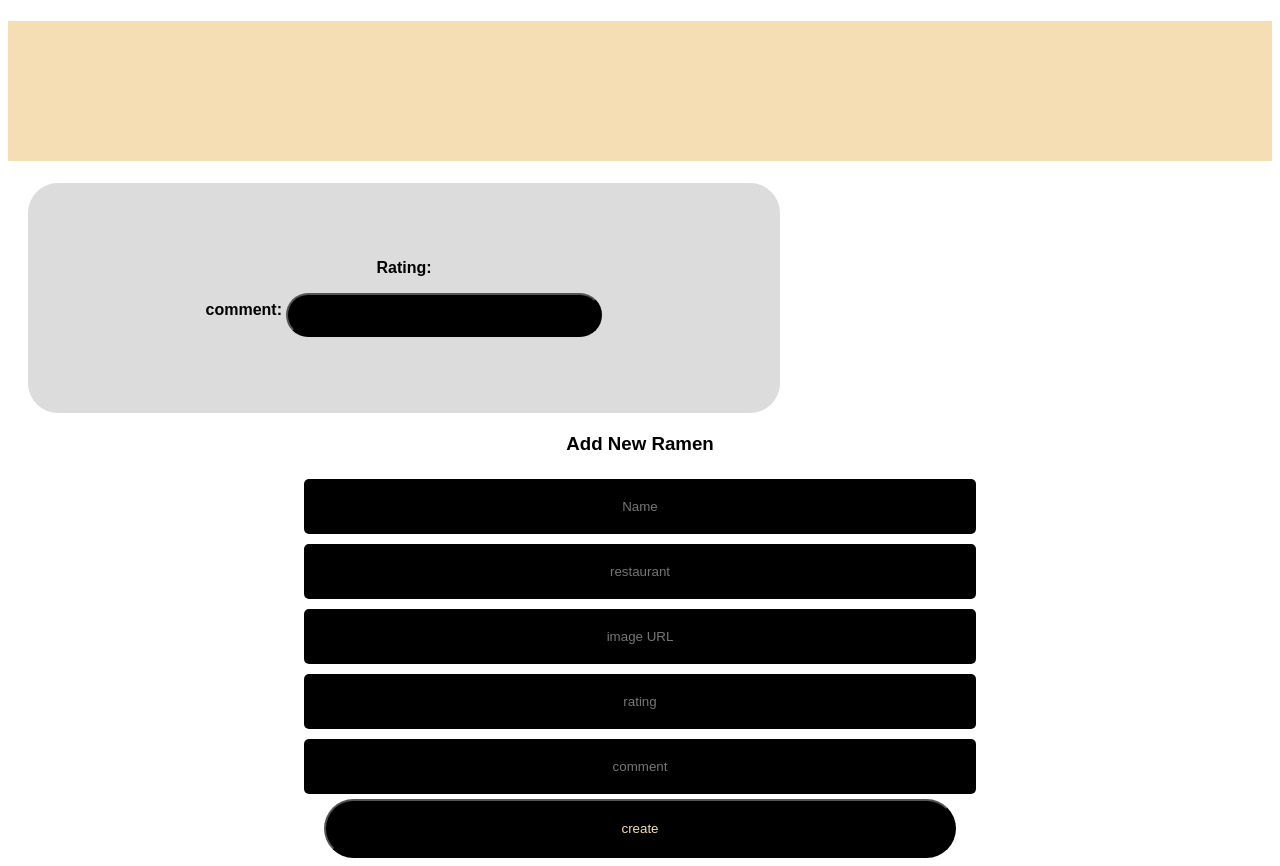
Repository: travinne/travthegr88
Page: code/ramen-rating-app/index.html
These files come from the project's save history. The page is drawn as it stood at one moment and after the next save; the edit follows.
The browser window is 1280 px wide. The pictures show the whole page.

Above is the page before, as saved 2025-03-18 13:21:18.

### code/ramen-rating-app/index.html
<!DOCTYPE html>
<html lang="en">
<head>
    <meta charset="UTF-8">
    <meta name="viewport" content="width=device-width, initial-scale=1.0">
    <title>Document</title>
    <link rel="stylesheet" href="style.css">
    <script src="js/index.js" defer></script>
</head>
<body>

        <h1 id="title"></h1>
       <div id="main">
        <div id="myImg">
        </div>
        <div >
            <form id="edit-ramen-form">
            <p><strong>Rating:</strong><span id="update Rating"min ="1" max ="5">
            <p><strong>comment:</strong><span id="update comment">
            <button id="delete-ramen"></delete button>
        </div>
        <div>
        <form id="new-ramen-form">
        <h3>Add New Ramen</h3>
        <input type="text" name="name" placeholder="Name"required>
        <input type="text" name="restaurant" placeholder="restaurant"required>
        <input type="url" name="image" placeholder="image URL"required>
        <input type="text" name="rating" placeholder="rating">
        <input type="text" name="comment" placeholder="comment">
        <button type="submit">create</button>
        </form>
        </div>
       </div>
</body>
</html>

### code/ramen-rating-app/style.css
* {
   font-family: Arial, sans-serif;
   text-align: center;


}

h1 {
   background:wheat;
   color:black;
   padding: 70px;
}

#ramen-menu {
   display: flex;
   justify-content: baseline;
   gap: 15px;
   padding: 10px;
   border-bottom: 2px ;

}

#ramen-image{
    height:200px;
    width: 200px;
}

form {
       background:gainsboro;
       padding: 60px;
       width: 50%;
       margin: 20px ;
       border-radius: 30px;

   }

input {
       width: 50%;
       padding: 20px;
       margin: 5px;
       border: 5px; ;
       border-radius: 5px;
       background-color: black;




      }

button {
          background-color:black;
          color: wheat;
          padding: 20px;
          cursor: pointer;
          border-radius: 30px;
          width: 50%;
}

button:hover {
          background-color:orangered;
      }

Loaded but not shown: code/ramen-rating-app/Js/index.js (no copy from this time; the picture is the same without it)

After the next save:
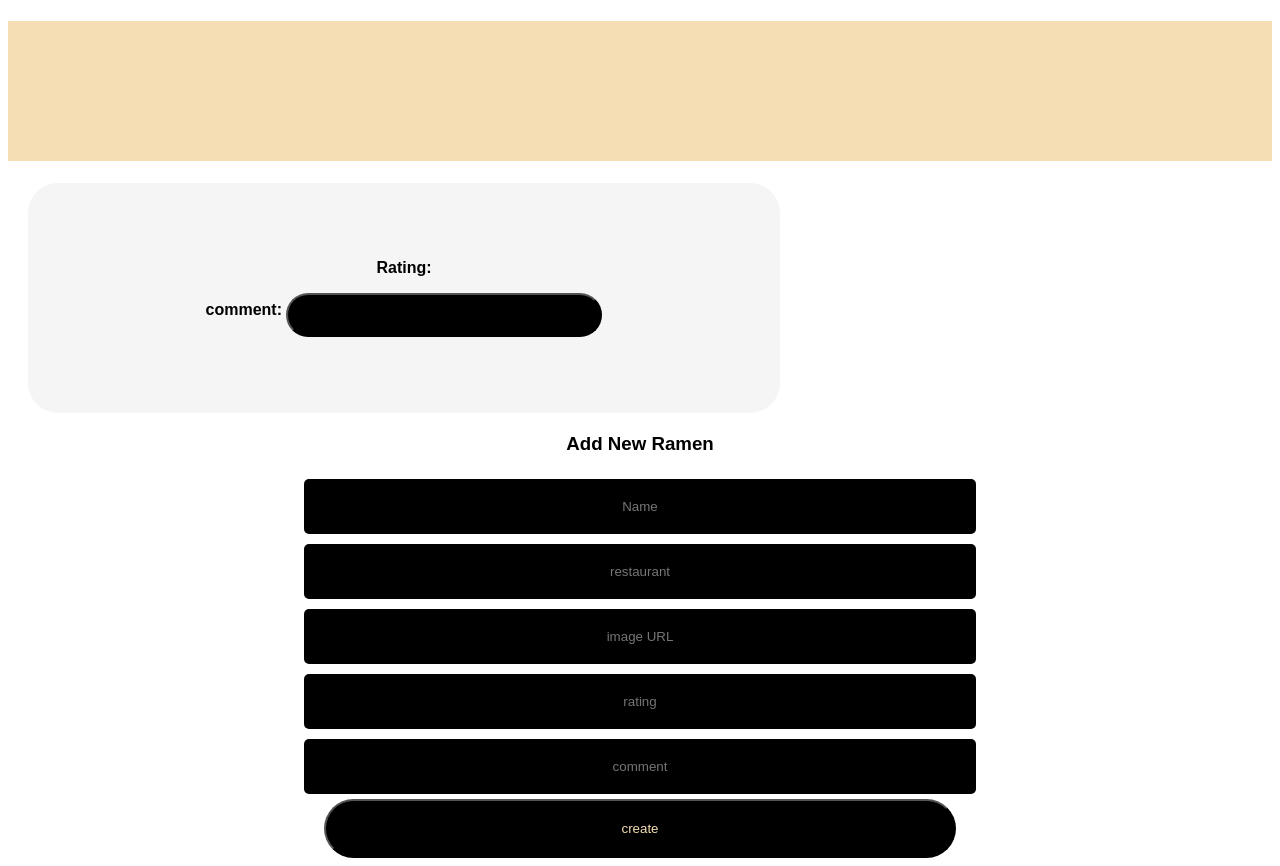
Saved 27 s later.
--- a/code/ramen-rating-app/style.css
+++ b/code/ramen-rating-app/style.css
@@ -26,7 +26,7 @@ h1 {
 }
 
 form {
-       background:gainsboro;
+       background:whitesmoke;
        padding: 60px;
        width: 50%;
        margin: 20px ;
